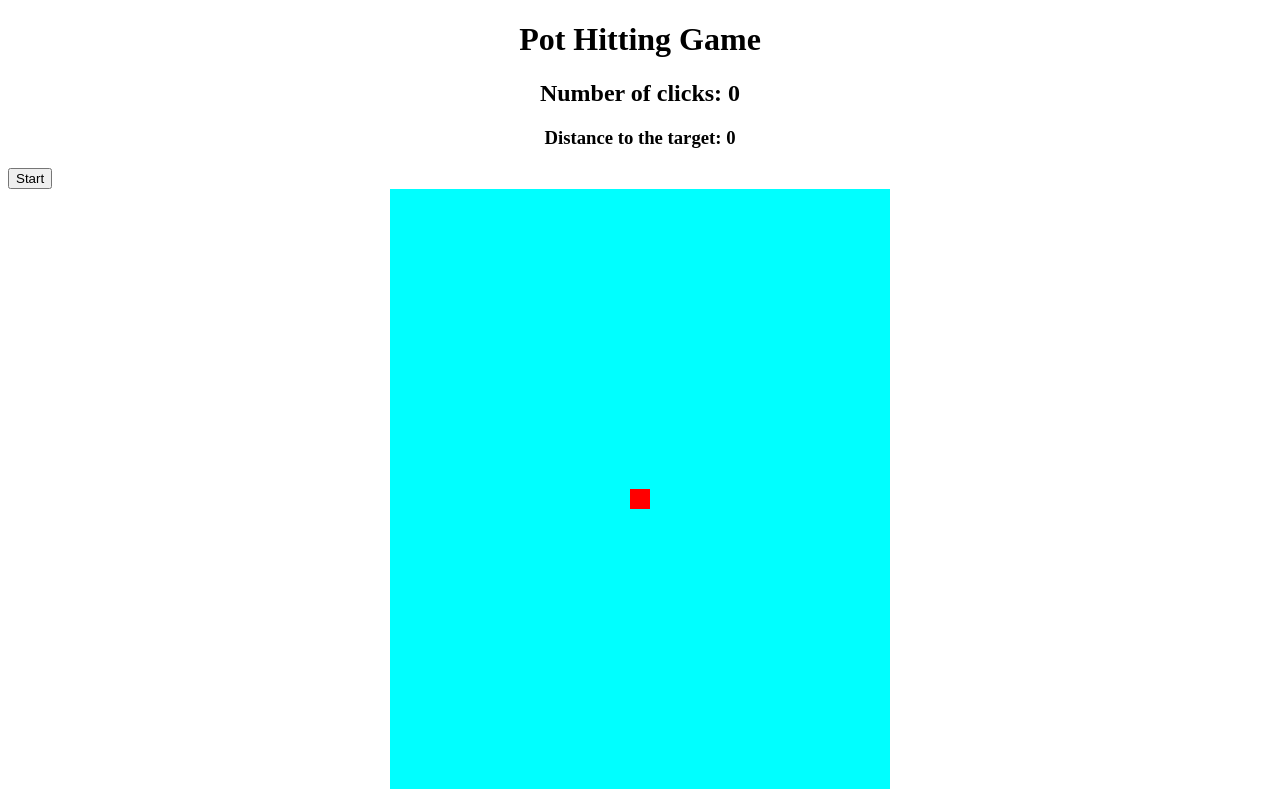
Repository: manojsatya/Web_development
Page: PotHitting_game/index.html
An editor plug-in stored every save of this project. The page is shown before and after the next save, followed by the edit.
The browser window is 1280 px wide. The pictures show the whole page.

Above is the page before, as saved 2019-06-03 15:21:10.

After the next save:
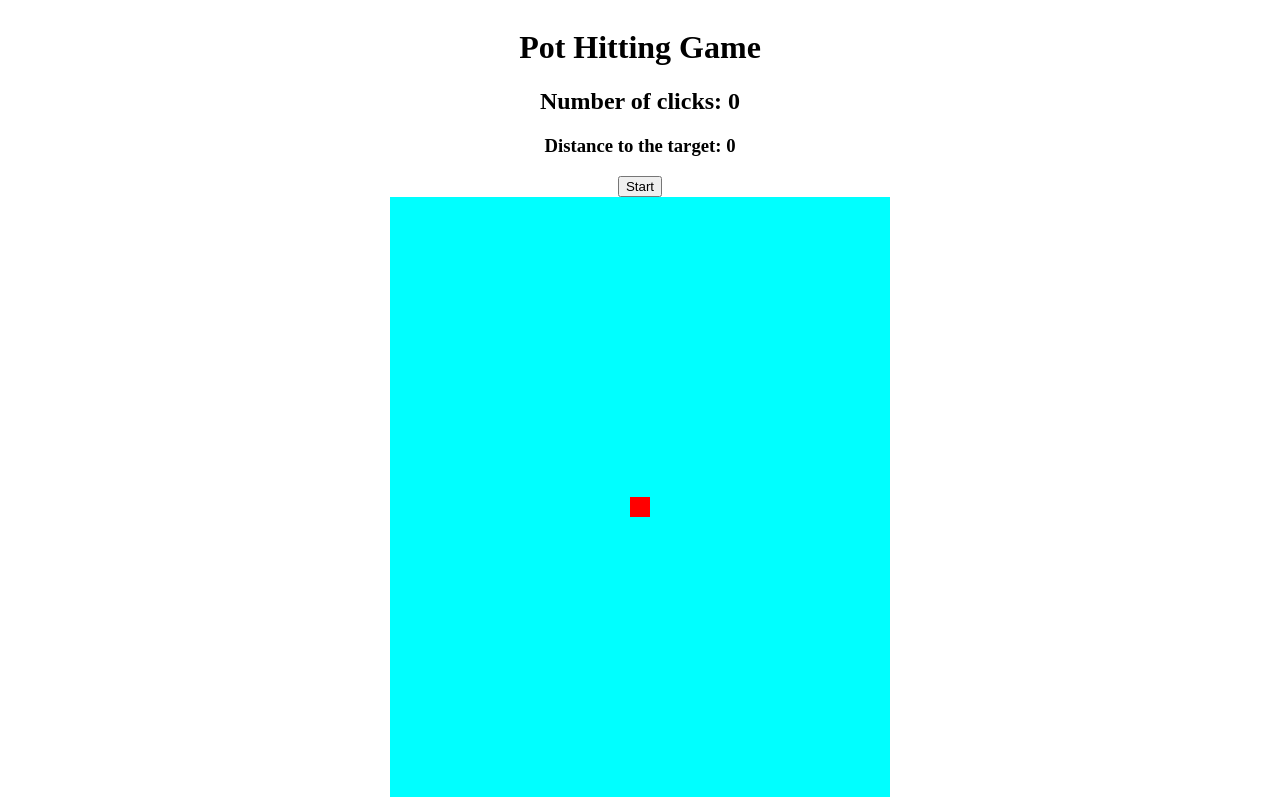
Saved 31 s later.
--- a/PotHitting_game/potplay.css
+++ b/PotHitting_game/potplay.css
@@ -14,7 +14,6 @@
 
 
 .wrapper{
-    display: inline;
     align-content: center;
     text-align: center;
 }
